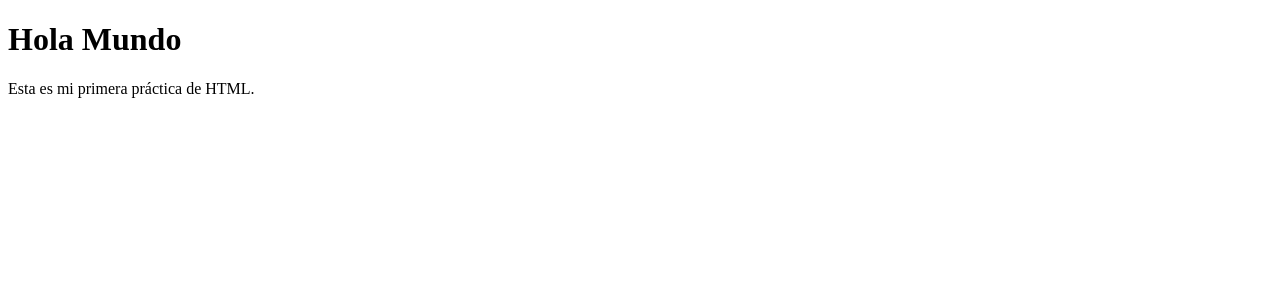
Repository: ettijoseangel/PracticaGitHub
Page: index.html
An editor plug-in stored every save of this project. The page is shown before and after the next save, followed by the edit.
The browser window is 1280 px wide. The pictures show the whole page.

Above is the page before, as saved 2025-11-12 18:09:39.

### index.html
<!DOCTYPE html>
<html lang="en">
<head>
    <meta charset="UTF-8">
    <meta http-equiv="X-UA-Compatible" content="IE=edge">
    <meta name="viewport" content="width=device-width, initial-scale=1.0">
    <title>Primera práctica</title>
</head>
<body>
    <h1>Hola Mundo</h1>
    <p>Esta es mi primera práctica de HTML.</p>
</body>
</html>

After the next save:
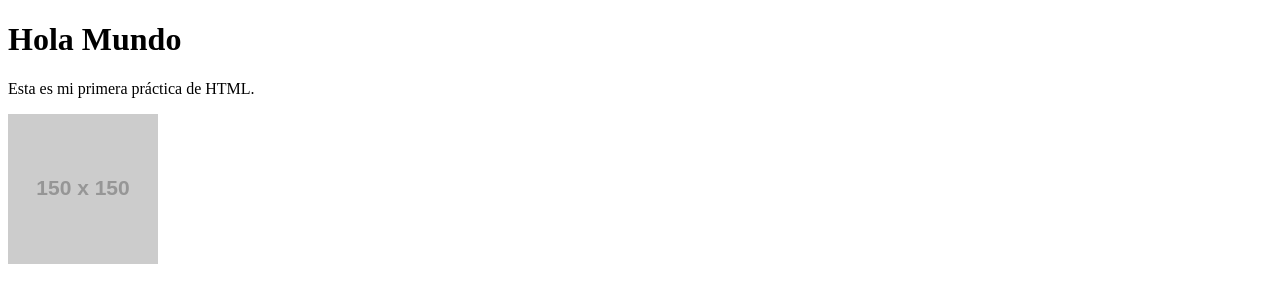
Saved 21 s later.
--- a/index.html
+++ b/index.html
@@ -9,5 +9,6 @@
 <body>
     <h1>Hola Mundo</h1>
     <p>Esta es mi primera práctica de HTML.</p>
+    <img src="https://via.placeholder.com/150" alt="Imagen de práctica">
 </body>
 </html>
